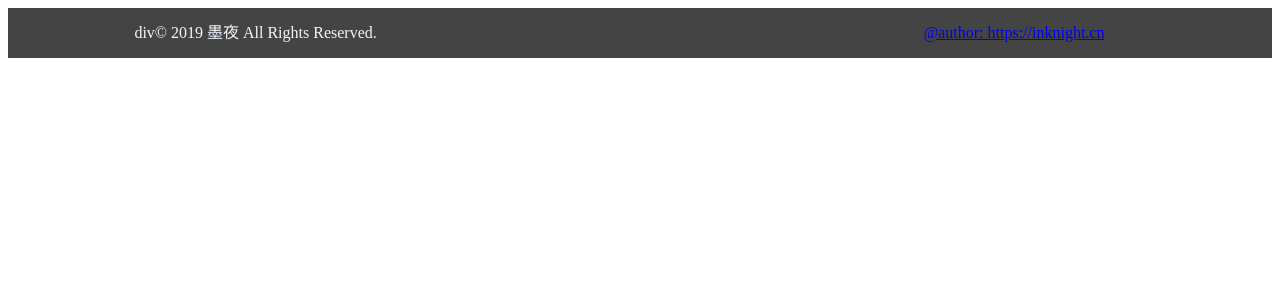
Repository: inkn/Blog
Page: views/_partials/footer.html
These files come from the project's save history. The page is drawn as it stood at one moment and after the next save; the edit follows.
The browser window is 1280 px wide. The pictures show the whole page.

Above is the page before, as saved 2019-04-18 19:35:23.

### views/_partials/footer.html
<div style="height: 50px;line-height: 50px;
background-color: #444;color: aliceblue;text-align: center;">
<div style="float:left;margin-left: 10%;margin-right:30%;">div© 2019 墨夜 All Rights Reserved.</div>        <a href="https://inknight.cn">@author: https://inknight.cn</a></div>

After the next save:
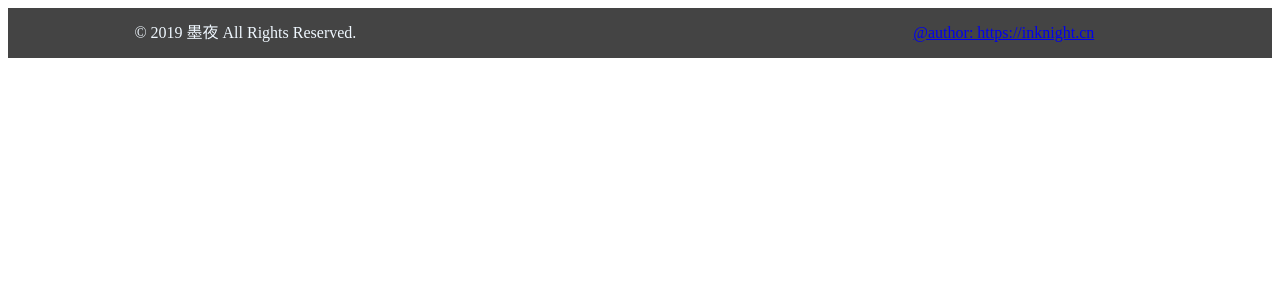
Saved 2 min 12 s later.
--- a/views/_partials/footer.html
+++ b/views/_partials/footer.html
@@ -1,3 +1,3 @@
 <div style="height: 50px;line-height: 50px;
 background-color: #444;color: aliceblue;text-align: center;">
-<div style="float:left;margin-left: 10%;margin-right:30%;">div© 2019 墨夜 All Rights Reserved.</div>        <a href="https://inknight.cn">@author: https://inknight.cn</a></div>
+<div style="float:left;margin-left: 10%;margin-right:30%;">© 2019 墨夜 All Rights Reserved.</div>        <a href="https://inknight.cn">@author: https://inknight.cn</a></div>
